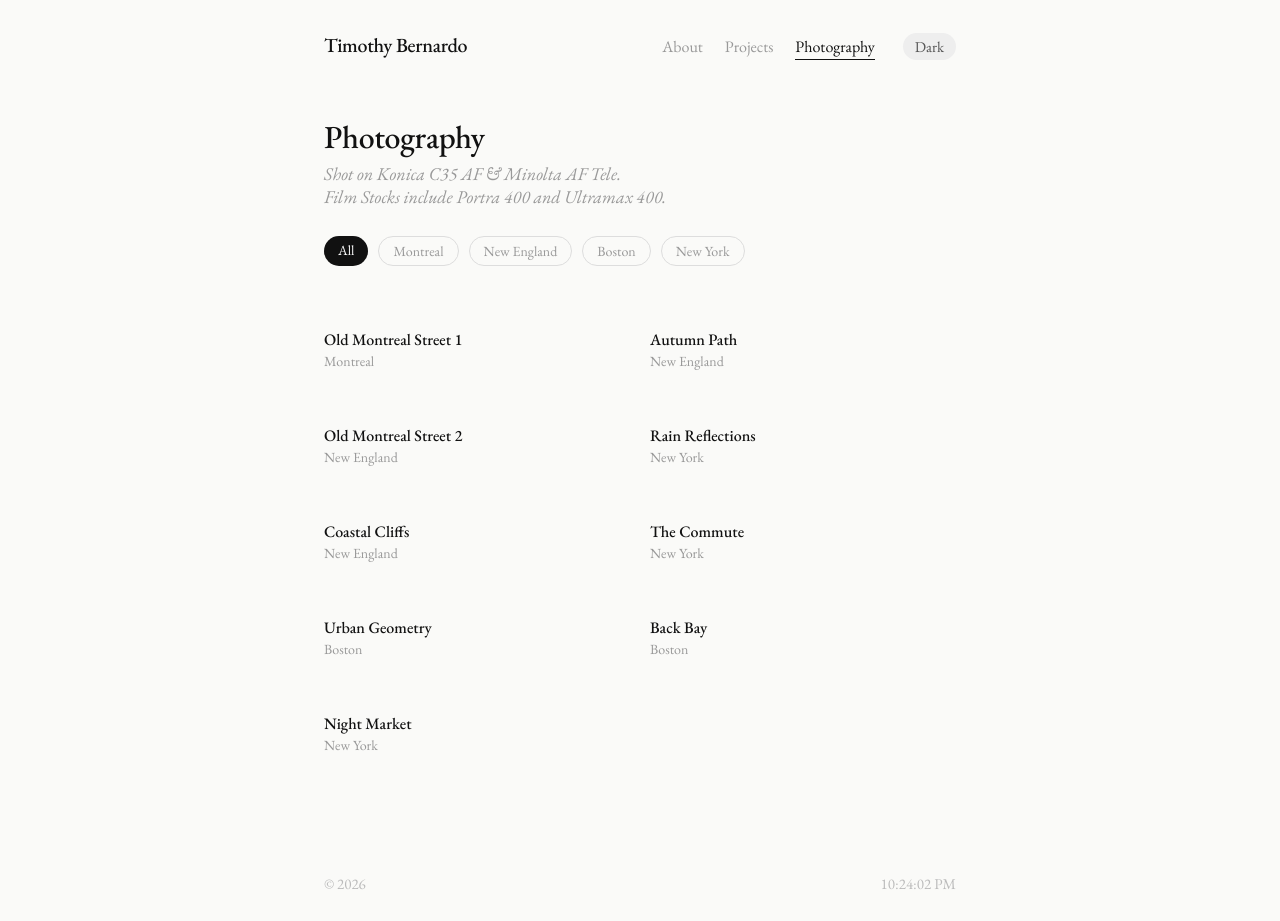
Repository: timothybernardo/portfolio
Page: /photography
An editor plug-in stored every save of this project. The page is shown before and after the next save, followed by the edit.
The browser window is 1280 px wide. The pictures show the whole page.
The project was rebuilt for these pictures with package versions that can differ from the ones it lists, and the page was loaded fresh each time. Also part of the build but not shown: src/pages/Home.jsx, src/data/experience.js, src/pages/About.jsx, src/data/projects.js, src/pages/Projects.jsx.

Above is the page before, as saved 2026-03-08 17:57:07.

### public/index.html
<!DOCTYPE html>
<html lang="en">
<head>
  <meta charset="UTF-8" />
  <meta name="viewport" content="width=device-width, initial-scale=1.0" />
  <title>Timothy Bernardo</title>
  <link rel="icon" href="/favicon.ico" />
  <link href="https://fonts.googleapis.com/css2?family=EB+Garamond:ital,wght@0,400;0,500;0,600;0,700;1,400&display=swap" rel="stylesheet" />
</head>
<body>
  <div id="root"></div>
</body>
</html>

### src/index.js
import React from "react";
import ReactDOM from "react-dom/client";
import { BrowserRouter } from "react-router-dom";
import App from "./App";
import "./index.css";

const root = ReactDOM.createRoot(document.getElementById("root"));
root.render(
  <React.StrictMode>
    <BrowserRouter>
      <App />
    </BrowserRouter>
  </React.StrictMode>
);

### src/App.jsx
import { useState } from "react";
import { Routes, Route } from "react-router-dom";
import { themes, serif } from "./theme";
import Header from "./components/Header";
import Footer from "./components/Footer";
import Home from "./pages/Home";
import About from "./pages/About";
import Projects from "./pages/Projects";
import Photography from "./pages/Photography";

export default function App() {
  const [dark, setDark] = useState(false);
const theme = dark ? themes.dark : themes.light;
document.documentElement.style.background = theme.bg;
document.body.style.background = theme.bg;

  return (
    <div
      style={{
        fontFamily: serif,
        color: theme.text,
        minHeight: "100vh",
        background: theme.bg,
        display: "flex",
        flexDirection: "column",
        transition: "background 0.3s, color 0.3s",
      }}
    >
      <Header theme={theme} isDark={dark} onToggle={() => setDark(!dark)} />

      <main style={{ maxWidth: 680, width: "100%", margin: "0 auto", padding: "0 24px 100px", flex: 1 }}>
        <Routes>
          <Route path="/" element={<Home theme={theme} />} />
          <Route path="/about" element={<About theme={theme} />} />
          <Route path="/projects" element={<Projects theme={theme} />} />
          <Route path="/photography" element={<Photography theme={theme} />} />
          <Route path="/photography/:id" element={<Photography theme={theme} />} />
        </Routes>
      </main>

      <Footer theme={theme} />
    </div>
  );
}

### src/index.css
* {
  margin: 0;
  padding: 0;
  box-sizing: border-box;
}

html {
  scroll-behavior: smooth;
  overflow-y: scroll;
}

html, body, #root {
  min-height: 100%;
  height: 100%;
  background: inherit;
}

body {
  -webkit-font-smoothing: antialiased;
  -moz-osx-font-smoothing: grayscale;
  overscroll-behavior: none;
}

img {
  will-change: opacity;
}

a {
  text-decoration: none;
  color: inherit;
}

@media (max-width: 600px) {
  .desktop-nav {
    display: none !important;
  }

  .mobile-menu-btn {
    display: block !important;
  }

  .mobile-nav {
    display: flex !important;
  }
}

### src/theme.js
export const serif = "'EB Garamond', Georgia, 'Times New Roman', serif";

export const themes = {
  light: {
    bg: "#fafaf8",
    text: "#111",
    sub: "#555",
    muted: "#999",
    faint: "#bbb",
    border: "#ece9e5",
    pill: "#111",
    pillT: "#fff",
    pillB: "#ddd",
    badge: "rgba(255,255,255,0.3)",
    toggle: "#eee",
    toggleTxt: "#555",
  },
  dark: {
    bg: "#131313",
    text: "#e4e0da",
    sub: "#a09a93",
    muted: "#6b665f",
    faint: "#4a4640",
    border: "#282624",
    pill: "#e4e0da",
    pillT: "#131313",
    pillB: "#383530",
    badge: "rgba(255,255,255,0.18)",
    toggle: "#282624",
    toggleTxt: "#a09a93",
  },
};

### src/components/Header.jsx
import { useState } from "react";
import { Link, useLocation } from "react-router-dom";
import { serif } from "../theme";

const links = [
  { path: "/about", label: "About" },
  { path: "/projects", label: "Projects" },
  { path: "/photography", label: "Photography" },
];

export default function Header({ theme, onToggle, isDark }) {
  const { pathname } = useLocation();
  const [menuOpen, setMenuOpen] = useState(false);

  return (
    <header
      style={{
        maxWidth: 680,
        width: "100%",
        margin: "0 auto",
        padding: "32px 24px 0",
        fontFamily: serif,
      }}
    >
      <div style={{ display: "flex", justifyContent: "space-between", alignItems: "baseline" }}>
        <Link to="/" style={{ fontWeight: 500, fontSize: 20, letterSpacing: "-0.3px" }}
          onClick={() => setMenuOpen(false)}>
          Timothy Bernardo
        </Link>

        {/* Desktop nav */}
        <nav className="desktop-nav" style={{ display: "flex", gap: 22, alignItems: "baseline" }}>
          {links.map(({ path, label }) => (
            <Link
              key={path}
              to={path}
              style={{
                fontSize: 16,
                color: pathname === path ? theme.text : theme.muted,
                paddingBottom: 2,
                borderBottom:
                  pathname === path
                    ? `1.5px solid ${theme.text}`
                    : "1.5px solid transparent",
              }}
            >
              {label}
            </Link>
          ))}
          <span
            onClick={onToggle}
            style={{
              fontFamily: serif,
              fontSize: 15,
              cursor: "pointer",
              padding: "4px 12px",
              borderRadius: 14,
              background: theme.toggle,
              color: theme.toggleTxt,
              marginLeft: 6,
              userSelect: "none",
            }}
          >
            {isDark ? "Light" : "Dark"}
          </span>
        </nav>

        {/* Mobile menu button */}
        <span
          className="mobile-menu-btn"
          onClick={() => setMenuOpen(!menuOpen)}
          style={{
            fontSize: 24,
            cursor: "pointer",
            color: theme.text,
            userSelect: "none",
            display: "none",
          }}
        >
          {menuOpen ? "×" : "≡"}
        </span>
      </div>

      {/* Mobile nav dropdown */}
      {menuOpen && (
        <nav
          className="mobile-nav"
          style={{
            display: "none",
            flexDirection: "column",
            gap: 18,
            paddingTop: 24,
            paddingBottom: 8,
          }}
        >
          {links.map(({ path, label }) => (
            <Link
              key={path}
              to={path}
              onClick={() => setMenuOpen(false)}
              style={{
                fontSize: 20,
                color: pathname === path ? theme.text : theme.muted,
              }}
            >
              {label}
            </Link>
          ))}
          <span
            onClick={() => { onToggle(); setMenuOpen(false); }}
            style={{
              fontSize: 18,
              cursor: "pointer",
              color: theme.muted,
            }}
          >
            {isDark ? "Switch to Light" : "Switch to Dark"}
          </span>
        </nav>
      )}
    </header>
  );
}

### src/components/Footer.jsx
import Clock from "./Clock";
import { serif } from "../theme";

export default function Footer({ theme }) {
  return (
    <footer
      style={{
        maxWidth: 680,
        width: "100%",
        margin: "0 auto",
        padding: "20px 24px 28px",
        fontSize: 15,
        color: theme.faint,
        display: "flex",
        justifyContent: "space-between",
        alignItems: "center",
        fontFamily: serif,
      }}
    >
      <span>&copy; 2026</span>
      <Clock color={theme.faint} />
    </footer>
  );
}

### src/pages/Photography.jsx
import { useState, useEffect } from "react";
import { useParams, useNavigate } from "react-router-dom";
import { serif } from "../theme";
import photos from "../data/photos";
import PhotoCard from "../components/PhotoCard";

const categories = ["All", ...new Set(photos.map((p) => p.cat))];
const PER_PAGE = 12;

function Gallery({ theme }) {
  const [filter, setFilter] = useState("All");
  const [page, setPage] = useState(1);
  const [editing, setEditing] = useState(false);
  const [inputVal, setInputVal] = useState("");

  const filtered = filter === "All" ? photos : photos.filter((p) => p.cat === filter);
  const totalPages = Math.ceil(filtered.length / PER_PAGE);
  const visible = filtered.slice((page - 1) * PER_PAGE, page * PER_PAGE);

  useEffect(() => {
    setPage(1);
  }, [filter]);

  return (
    <div style={{ marginTop: 56, fontFamily: serif }}>
      <h2 style={{ fontSize: 32, fontWeight: 500, letterSpacing: "-0.3px", marginBottom: 4 }}>
        Photography
      </h2>
      <p style={{ fontSize: 18, color: theme.muted, marginBottom: 0, fontStyle: "italic" }}>
        Shot on Konica C35 AF & Minolta AF Tele.
      </p>
      <p style={{ fontSize: 18, color: theme.muted, marginBottom: 28, fontStyle: "italic" }}>
         Film Stocks include Portra 400 and Ultramax 400.
      </p>
      <div style={{ display: "flex", gap: 10, marginBottom: 32, flexWrap: "wrap" }}>
        {categories.map((cat) => (
          <span
            key={cat}
            onClick={() => setFilter(cat)}
            style={{
              fontFamily: serif,
              fontSize: 14,
              cursor: "pointer",
              padding: "5px 14px",
              borderRadius: 20,
              background: filter === cat ? theme.pill : "transparent",
              color: filter === cat ? theme.pillT : theme.muted,
              border: filter === cat ? "none" : `1px solid ${theme.pillB}`,
            }}
          >
            {cat}
          </span>
        ))}
      </div>

      <div style={{ columnCount: 2, columnGap: 20 }}>
        {visible.map((p) => (
          <PhotoCard key={p.id} photo={p} theme={theme} />
        ))}
      </div>

      {totalPages > 1 && (
        <div style={{ display: "flex", justifyContent: "center", alignItems: "center", gap: 24, marginTop: 40 }}>
          <span
            onClick={() => { if (page > 1) { setPage(page - 1); window.scrollTo(0, 0); } }}
            style={{
              fontSize: 16,
              padding: "8px 16px",
              color: page > 1 ? theme.text : theme.faint,
              cursor: page > 1 ? "pointer" : "default",
            }}
          >
            ← Prev
          </span>

          {editing ? (
            <input
              autoFocus
              type="number"
              inputMode="numeric"
              pattern="[0-9]*"
              value={inputVal}
              onChange={(e) => setInputVal(e.target.value)}
              onKeyDown={(e) => {
                if (e.key === "Enter") {
                  const num = parseInt(inputVal);
                  if (num >= 1 && num <= totalPages) {
                    setPage(num);
                    window.scrollTo(0, 0);
                  }
                  setEditing(false);
                  e.target.blur();
                }
                if (e.key === "Escape") { setEditing(false); e.target.blur(); }
              }}
              onBlur={() => {
                const num = parseInt(inputVal);
                if (num >= 1 && num <= totalPages) {
                  setPage(num);
                  window.scrollTo(0, 0);
                }
                setEditing(false);
              }}
              style={{
                width: 48,
                textAlign: "center",
                fontSize: 16,
                fontFamily: serif,
                color: theme.text,
                background: theme.toggle,
                border: "none",
                borderRadius: 6,
                padding: "6px 4px",
                outline: "none",
                appearance: "none",
                MozAppearance: "textfield",
              }}
            />
          ) : (
            <span
              onClick={() => { setEditing(true); setInputVal(String(page)); }}
              style={{ fontSize: 15, color: theme.muted, cursor: "pointer" }}
            >
              {page}
            </span>
          )}
          <span style={{ fontSize: 15, color: theme.muted }}>
            of {totalPages}
          </span>

          <span
            onClick={() => { if (page < totalPages) { setPage(page + 1); window.scrollTo(0, 0); } }}
            style={{
              fontSize: 16,
              padding: "8px 16px",
              color: page < totalPages ? theme.text : theme.faint,
              cursor: page < totalPages ? "pointer" : "default",
            }}
          >
            Next →
          </span>
        </div>
      )}
    </div>
  );
}

function PhotoDetail({ theme }) {
  const { id } = useParams();
  const navigate = useNavigate();
  const photo = photos.find((p) => p.id === parseInt(id));

  if (!photo) return <p>Photo not found.</p>;

  return (
    <div style={{ marginTop: 56, fontFamily: serif }}>
      <span
        onClick={() => navigate("/photography")}
        style={{ fontSize: 15, color: theme.muted, cursor: "pointer", display: "inline-block", marginBottom: 24 }}
      >
        ← Back
      </span>
      <img
        src={photo.full}
        alt={photo.title}
        style={{
          width: "100%",
          borderRadius: 3,
          display: "block",
          marginBottom: 28,
        }}
      />
      <h2 style={{ fontSize: 26, fontWeight: 500, marginBottom: 4 }}>{photo.title}</h2>
      <p style={{ fontSize: 15, color: theme.muted, marginBottom: 4 }}>{photo.cat}</p>
    </div>
  );
}

export default function Photography({ theme }) {
  const { id } = useParams();
  return id ? <PhotoDetail theme={theme} /> : <Gallery theme={theme} />;
}

### src/components/Clock.jsx
import { useState, useEffect } from "react";

export default function Clock({ color }) {
  const [time, setTime] = useState(new Date());

  useEffect(() => {
    const interval = setInterval(() => setTime(new Date()), 1000);
    return () => clearInterval(interval);
  }, []);

  return (
    <span style={{ color }}>
      {time.toLocaleTimeString("en-US", {
        hour: "2-digit",
        minute: "2-digit",
        second: "2-digit",
      })}
    </span>
  );
}

### src/data/photos.js
// To add your own photos:
// 1. Drop your images into public/images/
// 2. Update the "img" path below to match the filename
// 3. Set "cat" to the location/group you want
// 4. Write a description (or leave desc as "" to hide it)
//
// Vertical and horizontal photos both work fine.
// The masonry layout handles mixed orientations automatically.

const photos = [
  { id: 1, title: "Old Montreal Street 1", cat: "Montreal", img: "/images/old-montreal.jpg", desc: "Rolling hills bathed in warm evening light, shot on Ektar 100." },
  { id: 2, title: "Old Montreal Street 2", cat: "New England", img: "/images/morning-fog.jpg", desc: "A misty valley at dawn somewhere outside of Lynn." },
  { id: 3, title: "Coastal Cliffs", cat: "New England", img: "/images/coastal-cliffs.jpg", desc: "Dramatic cliffs meeting the Atlantic. The wind was unreal." },
  { id: 4, title: "Urban Geometry", cat: "Boston", img: "/images/urban-geometry.jpg", desc: "Lines and shadows in downtown Boston." },
  { id: 5, title: "Night Market", cat: "New York", img: "/images/night-market.jpg", desc: "Bustling street vendors after dark. Pushed the film to 800 for this one." },
  { id: 6, title: "Autumn Path", cat: "New England", img: "/images/autumn-path.jpg", desc: "A winding trail through fall foliage." },
  { id: 7, title: "Rain Reflections", cat: "New York", img: "/images/rain-reflections.jpg", desc: "" },
  { id: 8, title: "The Commute", cat: "New York", img: "/images/the-commute.jpg", desc: "Figures in motion through the station. Shot handheld at 1/60." },
  { id: 9, title: "Back Bay", cat: "Boston", img: "/images/back-bay.jpg", desc: "Late afternoon light on brownstones." },
];

export default photos;

### src/components/PhotoCard.jsx
import { useState } from "react";
import { useNavigate } from "react-router-dom";
import { serif } from "../theme";

export default function PhotoCard({ photo, theme }) {
  const navigate = useNavigate();
  const [loaded, setLoaded] = useState(false);

  return (
    <div
      onClick={() => navigate(`/photography/${photo.id}`)}
      style={{ breakInside: "avoid", marginBottom: 24, cursor: "pointer" }}
    >
      <img
        src={photo.thumb}
        alt={photo.title}
        loading="lazy"
        onLoad={() => setLoaded(true)}
        style={{
          width: "100%",
          borderRadius: 3,
          display: "block",
          opacity: loaded ? 1 : 0,
          transition: "opacity 0.4s ease",
        }}
        onMouseEnter={(e) => (e.currentTarget.style.opacity = "0.8")}
        onMouseLeave={(e) => (e.currentTarget.style.opacity = loaded ? "1" : "0")}
      />
      <p style={{ margin: "10px 0 2px", fontFamily: serif, fontSize: 16, fontWeight: 500 }}>
        {photo.title}
      </p>
      <p style={{ margin: 0, fontFamily: serif, fontSize: 14, color: theme.muted }}>
        {photo.cat}
      </p>
    </div>
  );
}

After the next save:
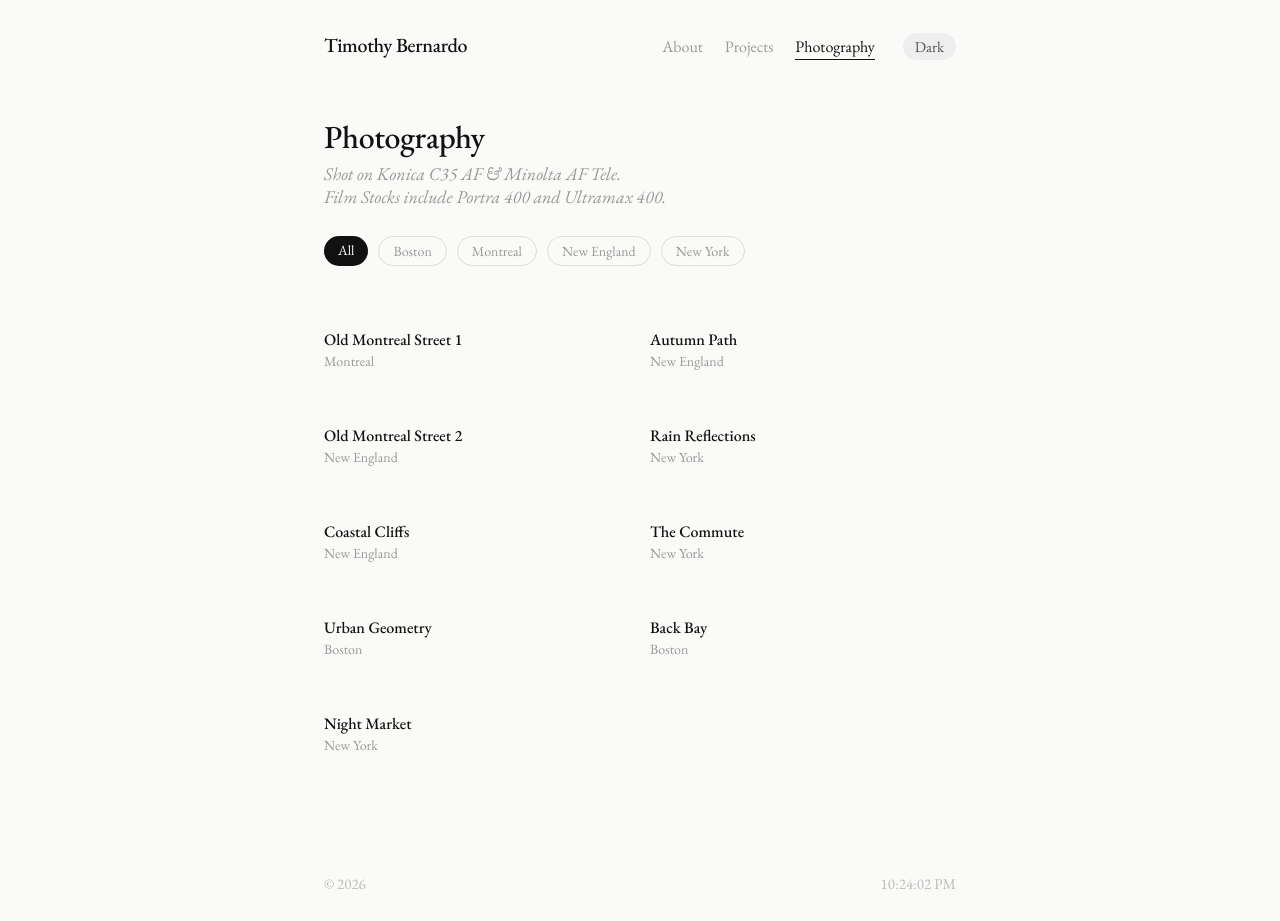
Saved 41 s later.
--- a/src/pages/Photography.jsx
+++ b/src/pages/Photography.jsx
@@ -4,7 +4,7 @@ import { serif } from "../theme";
 import photos from "../data/photos";
 import PhotoCard from "../components/PhotoCard";
 
-const categories = ["All", ...new Set(photos.map((p) => p.cat))];
+const categories = ["All", ...[...new Set(photos.map((p) => p.cat))].sort()];
 const PER_PAGE = 12;
 
 function Gallery({ theme }) {
